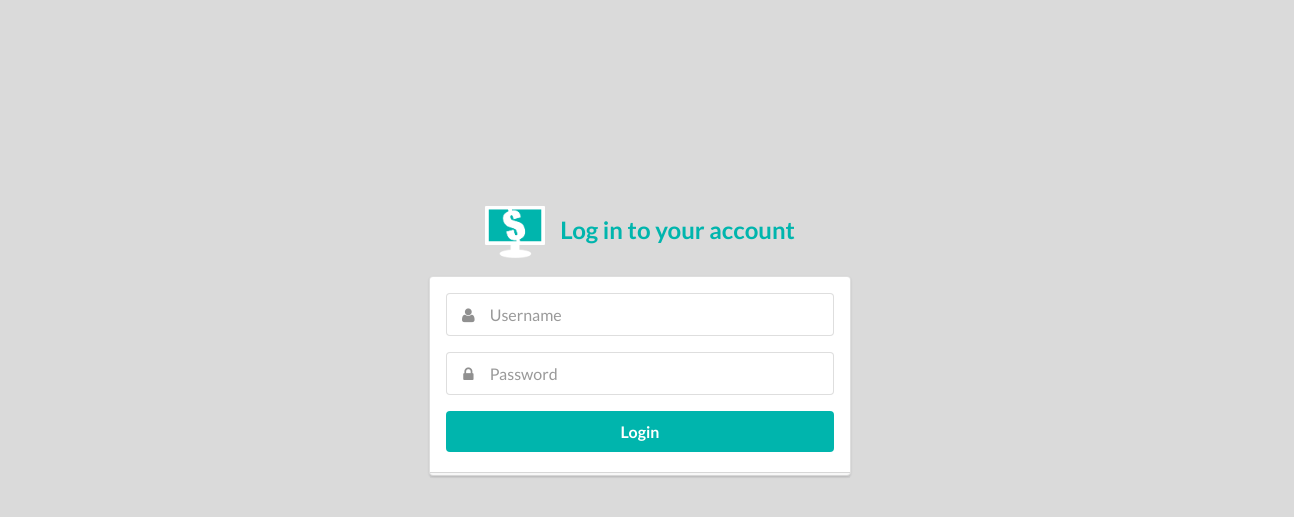
Repository: TV5/MoneyTor
Page: Workspace/MoneyTor/war/login.html
The author's editor kept a copy of each file at every save. The page is drawn from the files as they stood at one save, then again after the next save.
The browser window is 1280 px wide. The page is 1294 px wide, so the pictures cover 1294 px, including what lies to the right of the window. The pictures show the whole page.

Above is the page before, as saved 2015-08-18 08:57:20.

After the next save:
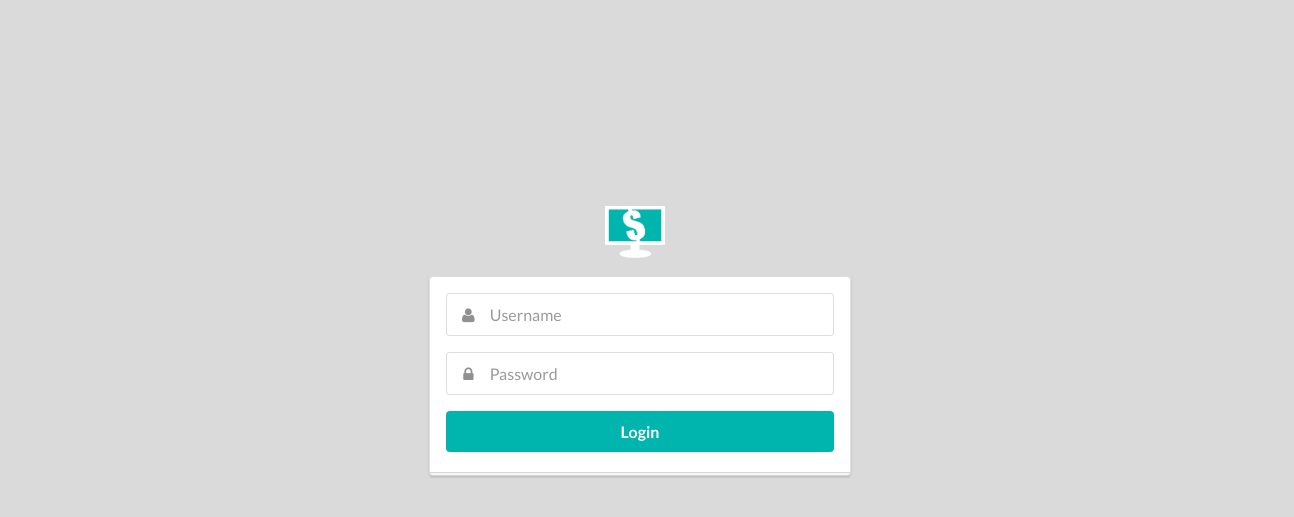
Saved 12 s later.
--- a/Workspace/MoneyTor/war/login.html
+++ b/Workspace/MoneyTor/war/login.html
@@ -89,9 +89,7 @@
   <div class="column">
     <h2 class="ui teal image header">
       <img src="assets/images/logo.png" class="image">
-      <div class="content">
-        Log in to your account
-      </div>
+
     </h2>
     <form class="ui large form">
       <div class="ui stacked segment">
